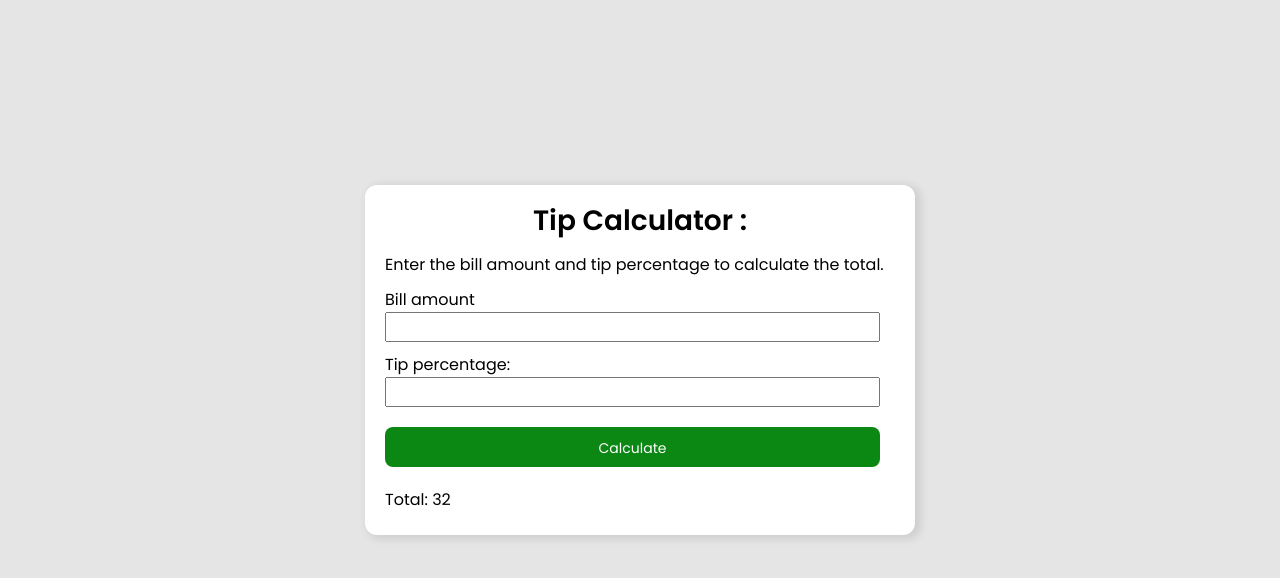
Repository: Ankitkr2021/Tip-Calculator
Page: index.html
An editor plug-in stored every save of this project. The page is shown before and after the next save, followed by the edit.
The browser window is 1280 px wide. The pictures show the whole page.

Above is the page before, as saved 2025-10-27 11:02:57.

### index.html
<!DOCTYPE html>
<html lang="en">
<head>
    <meta charset="UTF-8">
    <meta name="viewport" content="width=device-width, initial-scale=1.0">
    <title>Tip Calculator</title>
    <link rel="stylesheet" href="./style.css">
</head>
<body>
    <div class="box">
        <h2>Tip Calculator :</h2>
        <p>Enter the bill amount and tip percentage to calculate the total.</p>
        <p>Bill amount</p>
        <input type="number">
        <p>Tip percentage:</p>
        <input type="number">
        <button>Calculate</button>
        <p>Total: <span>32</span></p>
    </div>
</body>
</html>

### style.css
@import url('https://fonts.googleapis.com/css2?family=Poppins:wght@300;400;500;600;700&display=swap');

*{
    margin: 0;
    padding: 0;
    box-sizing: border-box;
    font-family: "Poppins",sans-serif;
}

body {
    height: 100vh;
    width: 100%;
    display: flex;
    align-items: center;
    justify-content: center;
    background: rgba(0,0,0,0.1);
}

.box {
    background: #fff;
    height: 350px;
    width: 550px;
    box-shadow: 4px 2px 8px 2px rgba(0,0,0,0.1);
    border-radius: 12px;
}

h2{
    text-align: center;
    padding: 15px 0 0 0;
    font-size: 28px;
    font-weight: 600;
}

p{
    padding: 10px 10px 0 10px ;
    margin-left: 10px;

}

input {
    width: 90%;
    height: 30px;
    margin-left: 20px;
    font-size: 18px;
    padding: 8px;
}

button {
    padding: 3px 0 0 0;
    width: 90%;
    margin: 20px;
    height: 40px;
    background: rgb(11, 135, 19);
    border: none;
    color: #fff;
    font-size: 14px;
    border-radius: 8px;
    cursor: pointer;
    transition:all 0.2s ease-in-out;
}

button:active{
    transform: scale(0.99);
    background: rgb(9,115,17);
}

p:nth-last-child(1) {
    padding: 0 10px;
}

After the next save:
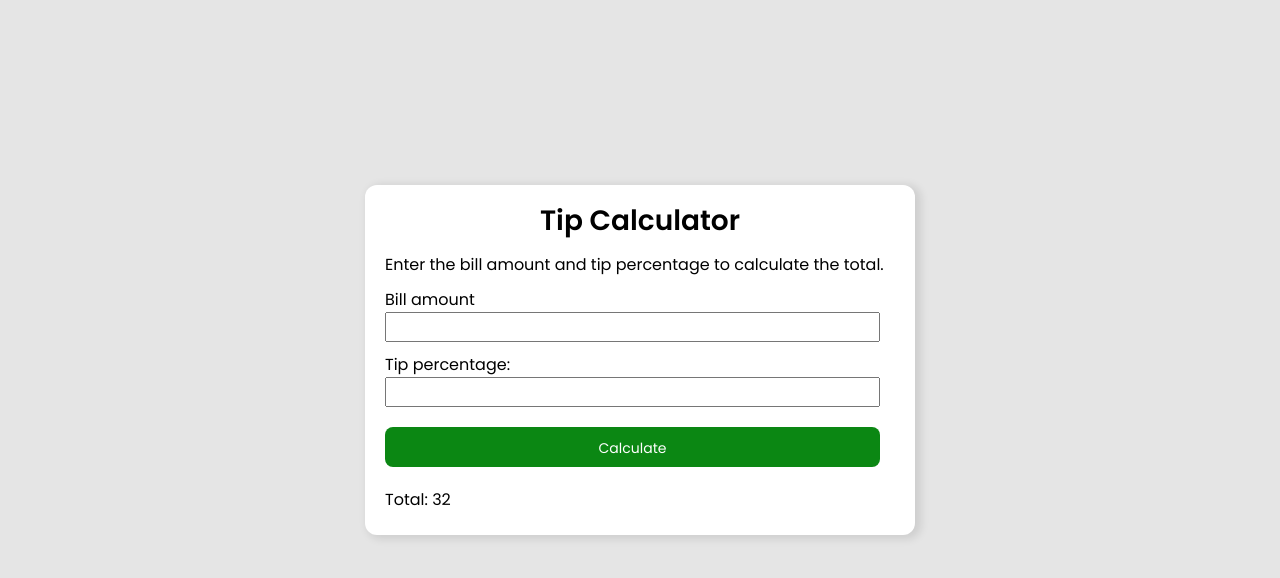
Saved 53 s later.
--- a/index.html
+++ b/index.html
@@ -8,14 +8,14 @@
 </head>
 <body>
     <div class="box">
-        <h2>Tip Calculator :</h2>
+        <h2>Tip Calculator </h2>
         <p>Enter the bill amount and tip percentage to calculate the total.</p>
         <p>Bill amount</p>
-        <input type="number">
+        <input type="number" id="bill">
         <p>Tip percentage:</p>
-        <input type="number">
-        <button>Calculate</button>
-        <p>Total: <span>32</span></p>
+        <input type="number" id="tip">
+        <button onclick()>Calculate</button>
+        <p>Total: <span id="total">32</span></p>
     </div>
 </body>
 </html>
